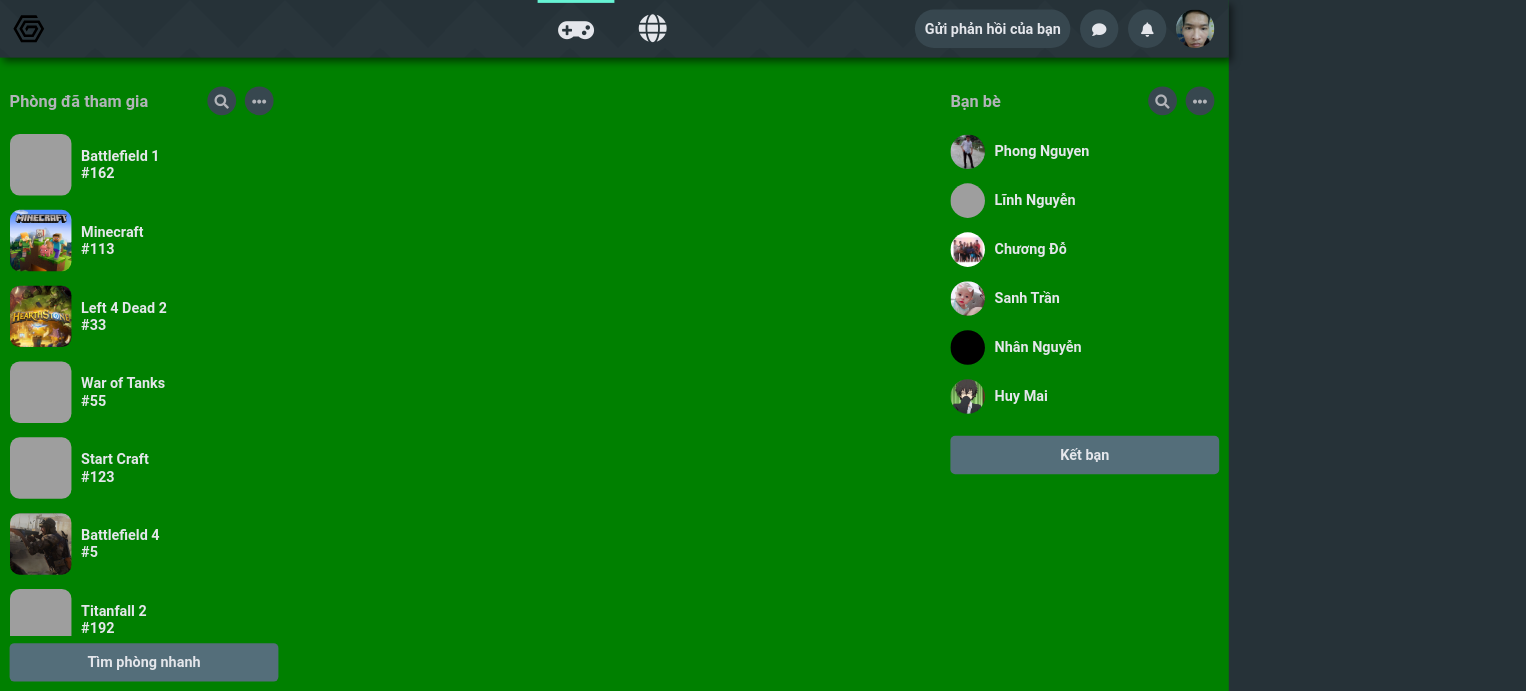
Repository: GammingCommnunity/docs
Page: web-layout/v3/html/index.html
These files come from the project's save history. The page is drawn as it stood at one moment and after the next save; the edit follows.
The browser window is 1280 px wide. The page is 1280 px wide, then 1590 px, then 1280 px, so the pictures cover 1590 px, including what lies to the right of the window. The pictures show the whole page, at 96% of full size.
Pictures or frames that could not be fetched are drawn as grey boxes.

Above is the page before, as saved 2020-03-13 19:08:34.

### web-layout/v3/html/index.html
<!DOCTYPE html>
<html lang="vi">

<head>
	<meta charset="UTF-8">
	<meta name="viewport" content="width=device-width, initial-scale=1.0">
	<!-- afvicon -->
	<link rel="icon" type='image/x-icon' href='favicon.ico' />
	<!-- title -->
	<title>Gaming Community</title>
	<!-- fontawesome -->
	<link href="fontawesome-free-5.12.1-web/css/all.css" rel="stylesheet">
</head>

<body>
	<!-- sweetalert -->
	<script src="js/sweetalert2.js"></script>

	<!-- root styles -->
	<style>
		:root {
			/* background color */
			--bg10: #06141A;
			--bg9: #263238;
			--bg8: #37474F;
			--bg7: #455A64;
			--bg6: #546E7A;
			--bg5: #607D8B;
			--bg4: #78909C;
			--bg3: #90A4AE;
			--bg2: #B0BEC5;
			--bg1: #CFD8DC;
			/* text color */
			--primary-text: #e4e6eb;
			--secondary-text: #B2B4B9;
			/* shadow */
			--shd: 3px 5px 8px rgba(0, 0, 0, .55);
			--shd-inset: inset 3px 5px 8px rgba(0, 0, 0, .85);
			--shd-lg: 9px 11px 18px rgba(0, 0, 0, .45);
			--shd-sm: 1px 3px 5px rgba(0, 0, 0, .8);
			--shd-highlight: 3px 5px 8px rgba(0, 0, 0, .45), inset 4px 6px 8px rgba(0, 0, 0, .9);
			/* text size */
			--text-size-sm: 12px;
			--text-size-lg: 17px;
			/* highlight */
			--highlight: #66f3d4;
			--border-highlight: 4px solid var(--highlight);
			/* border radius */
			--rounded-sm: 5px;
			--rounded: 10px;
			--rounded-lg: 25px;
			--rounded-circle: 999px;
		}
	</style>

	<!-- bootstrap styles -->
	<style>
		.m-0 {
			margin: 0 !important;
		}

		.mt-0,
		.my-0 {
			margin-top: 0 !important;
		}

		.mr-0,
		.mx-0 {
			margin-right: 0 !important;
		}

		.mb-0,
		.my-0 {
			margin-bottom: 0 !important;
		}

		.ml-0,
		.mx-0 {
			margin-left: 0 !important;
		}

		.m-1 {
			margin: 0.25rem !important;
		}

		.mt-1,
		.my-1 {
			margin-top: 0.25rem !important;
		}

		.mr-1,
		.mx-1 {
			margin-right: 0.25rem !important;
		}

		.mb-1,
		.my-1 {
			margin-bottom: 0.25rem !important;
		}

		.ml-1,
		.mx-1 {
			margin-left: 0.25rem !important;
		}

		.m-2 {
			margin: 0.5rem !important;
		}

		.mt-2,
		.my-2 {
			margin-top: 0.5rem !important;
		}

		.mr-2,
		.mx-2 {
			margin-right: 0.5rem !important;
		}

		.mb-2,
		.my-2 {
			margin-bottom: 0.5rem !important;
		}

		.ml-2,
		.mx-2 {
			margin-left: 0.5rem !important;
		}

		.m-3 {
			margin: 1rem !important;
		}

		.mt-3,
		.my-3 {
			margin-top: 1rem !important;
		}

		.mr-3,
		.mx-3 {
			margin-right: 1rem !important;
		}

		.mb-3,
		.my-3 {
			margin-bottom: 1rem !important;
		}

		.ml-3,
		.mx-3 {
			margin-left: 1rem !important;
		}

		.m-4 {
			margin: 1.5rem !important;
		}

		.mt-4,
		.my-4 {
			margin-top: 1.5rem !important;
		}

		.mr-4,
		.mx-4 {
			margin-right: 1.5rem !important;
		}

		.mb-4,
		.my-4 {
			margin-bottom: 1.5rem !important;
		}

		.ml-4,
		.mx-4 {
			margin-left: 1.5rem !important;
		}

		.m-5 {
			margin: 3rem !important;
		}

		.mt-5,
		.my-5 {
			margin-top: 3rem !important;
		}

		.mr-5,
		.mx-5 {
			margin-right: 3rem !important;
		}

		.mb-5,
		.my-5 {
			margin-bottom: 3rem !important;
		}

		.ml-5,
		.mx-5 {
			margin-left: 3rem !important;
		}

		.p-0 {
			padding: 0 !important;
		}

		.pt-0,
		.py-0 {
			padding-top: 0 !important;
		}

		.pr-0,
		.px-0 {
			padding-right: 0 !important;
		}

		.pb-0,
		.py-0 {
			padding-bottom: 0 !important;
		}

		.pl-0,
		.px-0 {
			padding-left: 0 !important;
		}

		.p-1 {
			padding: 0.25rem !important;
		}

		.pt-1,
		.py-1 {
			padding-top: 0.25rem !important;
		}

		.pr-1,
		.px-1 {
			padding-right: 0.25rem !important;
		}

		.pb-1,
		.py-1 {
			padding-bottom: 0.25rem !important;
		}

		.pl-1,
		.px-1 {
			padding-left: 0.25rem !important;
		}

		.p-2 {
			padding: 0.5rem !important;
		}

		.pt-2,
		.py-2 {
			padding-top: 0.5rem !important;
		}

		.pr-2,
		.px-2 {
			padding-right: 0.5rem !important;
		}

		.pb-2,
		.py-2 {
			padding-bottom: 0.5rem !important;
		}

		.pl-2,
		.px-2 {
			padding-left: 0.5rem !important;
		}

		.p-3 {
			padding: 1rem !important;
		}

		.pt-3,
		.py-3 {
			padding-top: 1rem !important;
		}

		.pr-3,
		.px-3 {
			padding-right: 1rem !important;
		}

		.pb-3,
		.py-3 {
			padding-bottom: 1rem !important;
		}

		.pl-3,
		.px-3 {
			padding-left: 1rem !important;
		}

		.p-4 {
			padding: 1.5rem !important;
		}

		.pt-4,
		.py-4 {
			padding-top: 1.5rem !important;
		}

		.pr-4,
		.px-4 {
			padding-right: 1.5rem !important;
		}

		.pb-4,
		.py-4 {
			padding-bottom: 1.5rem !important;
		}

		.pl-4,
		.px-4 {
			padding-left: 1.5rem !important;
		}

		.p-5 {
			padding: 3rem !important;
		}

		.pt-5,
		.py-5 {
			padding-top: 3rem !important;
		}

		.pr-5,
		.px-5 {
			padding-right: 3rem !important;
		}

		.pb-5,
		.py-5 {
			padding-bottom: 3rem !important;
		}

		.pl-5,
		.px-5 {
			padding-left: 3rem !important;
		}
	</style>

	<!-- gc styles -->
	<style>
		html * {
			margin: 0;
			padding: 0;
		}

		body {
			font-family: Roboto, Arial, sans-serif;
			box-sizing: border-box;
			font-size: 15px;
			color: var(--primary-text);
		}

		body * {
			box-sizing: inherit;
			font-size: inherit;
			color: inherit;
		}

		::-webkit-scrollbar {
			width: 7px;
			height: 7px;
			background-color: var(--bg8);
			border-radius: 7px;
		}

		::-webkit-scrollbar-thumb {
			background-color: var(--bg6);
			border-radius: 7px;
		}

		textarea::placeholder,
		input::placeholder {
			color: var(--secondary-text);
		}

		a {
			transition: all .4s ease;
		}

		a:hover {
			color: var(--highlight);
			text-decoration: underline var(--bg4);
		}

		hr {
			border-top: 1px solid var(--bg8);
			width: 100%;
		}




		.img {
			display: block;
			background-size: cover;
			background-repeat: no-repeat;
			background-position: center;
		}

		.nowrap {
			white-space: nowrap;
		}

		.wrap {
			white-space: pre-line;
			word-break: break-word;
		}

		/* padding hover */
		.p-hover {
			transition: all .2s ease;
		}

		.p-hover:hover {
			padding: 10px;
			background-color: var(--bg8);
		}

		/* btn */
		.btn {
			width: 40px;
			min-width: 40px;
			height: 40px;
			min-height: 40px;

			display: flex;
			justify-content: center;
			align-items: center;

			background-color: var(--bg8);
			cursor: pointer;
			font-weight: bold;
			border-radius: var(--rounded-sm);

			margin-left: 5px;
			margin-right: 5px;

			transition: all .2s ease;
		}

		.btn-w {
			width: unset;
			min-width: unset;
		}

		.btn-sm {
			width: 30px;
			min-width: 30px;
			height: 30px;
			min-height: 30px;
		}

		.btn:hover {
			background-color: var(--bg7);
		}

		.btn-light {
			background-color: var(--bg6) !important;
		}

		.btn-light:hover {
			background-color: var(--bg5) !important;
		}

		/* rows */
		.row {
			display: flex;
			align-items: center;
		}

		/* border radius */
		.rounded-sm {
			border-radius: var(--rounded-sm);
		}

		.rounded {
			border-radius: var(--rounded);
		}

		.rounded-lg {
			border-radius: var(--rounded-lg);
		}

		.rounded-circle {
			border-radius: var(--rounded-circle);
		}
	</style>

	<!-- main styles -->
	<style>
		body {
			position: relative;

			width: 100vw;
			height: 100vh;

			background-color: var(--bg9);
			background-image: url("data:[embedded picture, 255 characters]");
		}

		/* header */
		header {
			position: fixed;
			z-index: 6;
			top: 0;
			left: 0;

			width: 100%;
			height: 60px;

			display: flex;
			justify-content: space-between;
			align-items: center;

			padding-left: 10px;
			padding-right: 10px;

			background-color: var(--bg9);
			background-image: url("data:[embedded picture, 255 characters]");
			box-shadow: var(--shd);
		}

		header:last-child {
			margin-right: 0;
		}

		header .navs {
			position: absolute;
			z-index: 8;
			top: 0;
			left: calc(50% - 80px);

			height: 100%;

			display: flex;
		}

		header .navs-item {
			width: 80px;
			height: 100%;

			display: flex;
			justify-content: center;
			align-items: center;

			transition: all .2s ease;
		}

		header .navs-item:hover {
			background-color: var(--bg6);
		}

		header .navs-item.active {
			border-top: 3px solid var(--highlight);
		}

		/* sidebar */
		nav {
			position: fixed;
			z-index: 3;
			top: 0;

			width: 300px;
			height: 100%;

			display: flex;
			flex-direction: column;

			padding: 90px 10px 10px 10px;
		}

		nav .head {
			display: flex;
			align-items: center;

			color: var(--secondary-text);

			margin-bottom: 20px;
		}

		nav .head label {
			flex-grow: 1;
			overflow: hidden;

			margin-right: 10px;

			font-weight: bold;
			font-size: var(--text-size-lg);
			white-space: nowrap;
		}

		nav .body {
			display: flex;
			flex-direction: column;
			align-items: center;

			overflow: auto;

			padding-right: 30px;
		}

		/* article */
		article {
			position: relative;

			width: 100%;
			height: 100%;

			background-color: green;

			padding: 60px 310px 10px 310px;
		}
	</style>

	<!-- fragments main styles -->
	<style>
		.btn.feedback-btn {
			width: unset;

			padding: 0 10px;
		}

		/* joined rooms */
		nav.joined-rooms {
			left: 0;
		}

		.joined-rooms-item {
			display: flex;

			width: 100%;

			margin-bottom: 15px;

			border-radius: var(--rounded);
			cursor: pointer;
			font-weight: bold;
		}

		.joined-rooms-item .img {
			width: 64px;
			height: 64px;

			border-radius: var(--rounded);
		}

		.joined-rooms-item .info {
			flex-grow: 1;
			display: flex;
			flex-direction: column;
			align-items: flex-start;
			justify-content: center;

			overflow: hidden;

			height: 64px;

			padding-left: 10px;
		}

		.joined-rooms-item .info * {
			overflow: inherit;
			white-space: inherit;
		}

		/* friends */
		nav.friends {
			left: calc(100vw - 300px);
		}

		/* friends-item */
		.friends-item {
			display: flex;
			align-items: center;

			width: 100%;

			margin-bottom: 15px;

			border-radius: 10px;
			cursor: pointer;
			font-weight: bold;
		}

		.friends-item .img {
			width: 36px;
			height: 36px;

			border-radius: 36px;
		}

		.friends-item .name {
			padding-left: 10px;
			overflow: hidden;
			white-space: nowrap;
		}
	</style>

	<header>
		<svg width="40px" height="40px" viewBox="0 0 100 100" version="1.1" xmlns="http://www.w3.org/2000/svg"
			xmlns:xlink="http://www.w3.org/1999/xlink" xml:space="preserve" xmlns:serif="http://www.serif.com/"
			style="fill-rule:evenodd;clip-rule:evenodd;stroke-linejoin:round;stroke-miterlimit:2;">
			<g transform="matrix(-6.60965e-17,1,1,6.61098e-17,5.9952e-15,-1.42109e-14)">
				<path
					d="M21.667,73.809L21.667,33.867L49.997,17.679L78.334,33.867L78.334,66.13L49.997,82.321L35,73.75L35,41.604L49.997,33.034L65,41.604L65,58.392L49.997,66.963L48.334,66.013L48.334,49.343L56.716,44.551L49.997,40.713L41.667,45.476L41.667,69.88L49.997,74.642L71.667,62.259L71.667,37.737L49.997,25.358L28.334,37.737L28.334,77.617L49.997,90L85,70L85,30L49.997,10L15,30L15,70L21.667,73.809Z"
					style="fill-rule:nonzero;"></path>
			</g>
		</svg>
		<div class="navs">
			<div class="navs-item active" data-toggle="tooltip" data-placement="bottom" title="Trò chơi">
				<i class="fas fa-gamepad fa-2x"></i>
			</div>
			<div class="navs-item" data-toggle="tooltip" data-placement="bottom" title="Mạng xã hội">
				<i class="fas fa-globe fa-2x"></i>
			</div>
		</div>
		<div class="row">
			<div class="btn feedback-btn rounded-circle">Gửi phản hồi của bạn</div>
			<i class="fas fa-comment btn rounded-circle"></i>
			<i class="fas fa-bell btn rounded-circle"></i>
			<div class="avatar btn img rounded-circle" style="background-image: url(img/avatar.jpg)"></div>
		</div>
	</header>


	<!-- joined room -->
	<nav class="joined-rooms">
		<div class="head">
			<label>Phòng đã tham gia</label>
			<div class="row">
				<i class="fas fa-search mr-1 btn btn-sm rounded-circle"></i><i
					class="fas fa-ellipsis-h btn btn-sm rounded-circle"></i>
			</div>
		</div>

		<div class="body">

			<div class="joined-rooms-item p-hover">
				<div class="img" style="background-image: url(img/14.jpg)"></div>
				<div class="info">
					<p>Battlefield 1</p>
					<p>#162</p>
				</div>
			</div>

			<div class="joined-rooms-item p-hover">
				<div class="img" style="background-image: url(img/10.jpg)"></div>
				<div class="info">
					<p>Minecraft</p>
					<p>#113</p>
				</div>
			</div>

			<div class="joined-rooms-item p-hover">
				<div class="img" style="background-image: url(img/9.jpg)"></div>
				<div class="info">
					<p>Left 4 Dead 2</p>
					<p>#33</p>
				</div>
			</div>

			<div class="joined-rooms-item p-hover">
				<div class="img" style="background-image: url(img/13.jpg)"></div>
				<div class="info">
					<p>War of Tanks</p>
					<p>#55</p>
				</div>
			</div>

			<div class="joined-rooms-item p-hover">
				<div class="img" style="background-image: url(img/12.jpg)"></div>
				<div class="info">
					<p>Start Craft</p>
					<p>#123</p>
				</div>
			</div>

			<div class="joined-rooms-item p-hover">
				<div class="img" style="background-image: url(img/16.jpg)"></div>
				<div class="info">
					<p>Battlefield 4</p>
					<p>#5</p>
				</div>
			</div>

			<div class="joined-rooms-item p-hover">
				<div class="img" style="background-image: url(img/11.jpg)"></div>
				<div class="info">
					<p>Titanfall 2</p>
					<p>#192</p>
				</div>
			</div>


		</div>

		<div class="btn btn-light btn-w m-0 mt-2">Tìm phòng nhanh</div>
	</nav>

	<!-- friends -->
	<nav class="friends">
		<div class="head">
			<label>Bạn bè</label>
			<div class="row">
				<i class="fas fa-search mr-1 btn btn-sm rounded-circle"></i><i
					class="fas fa-ellipsis-h btn btn-sm rounded-circle"></i>
			</div>
		</div>
		<div class="body">

			<div class="friends-item p-hover">
				<div class="img" style="background-image: url(img/100.jpg)"></div>
				<p class="name">Phong Nguyen</p>
			</div>

			<div class="friends-item p-hover">
				<div class="img" style="background-image: url(img/101.jpg)"></div>
				<p class="name">Lĩnh Nguyễn</p>
			</div>

			<div class="friends-item p-hover">
				<div class="img" style="background-image: url(img/102.jpg)"></div>
				<p class="name">Chương Đỗ</p>
			</div>

			<div class="friends-item p-hover">
				<div class="img" style="background-image: url(img/103.jpg)"></div>
				<p class="name">Sanh Trần</p>
			</div>

			<div class="friends-item p-hover">
				<div class="img" style="background-image: url(img/104.jpg)"></div>
				<p class="name">Nhân Nguyễn</p>
			</div>

			<div class="friends-item p-hover">
				<div class="img" style="background-image: url(img/105.jpg)"></div>
				<p class="name">Huy Mai</p>
			</div>


		</div>

		<div class="btn btn-light btn-w m-0 mt-2">Kết bạn</div>
	</nav>

	<article>

	</article>

</body>

</html>

Loaded but not shown: web-layout/v3/html/fontawesome-free-5.12.1-web/css/all.css (library); web-layout/v3/html/js/sweetalert2.js (library)

After the next save:
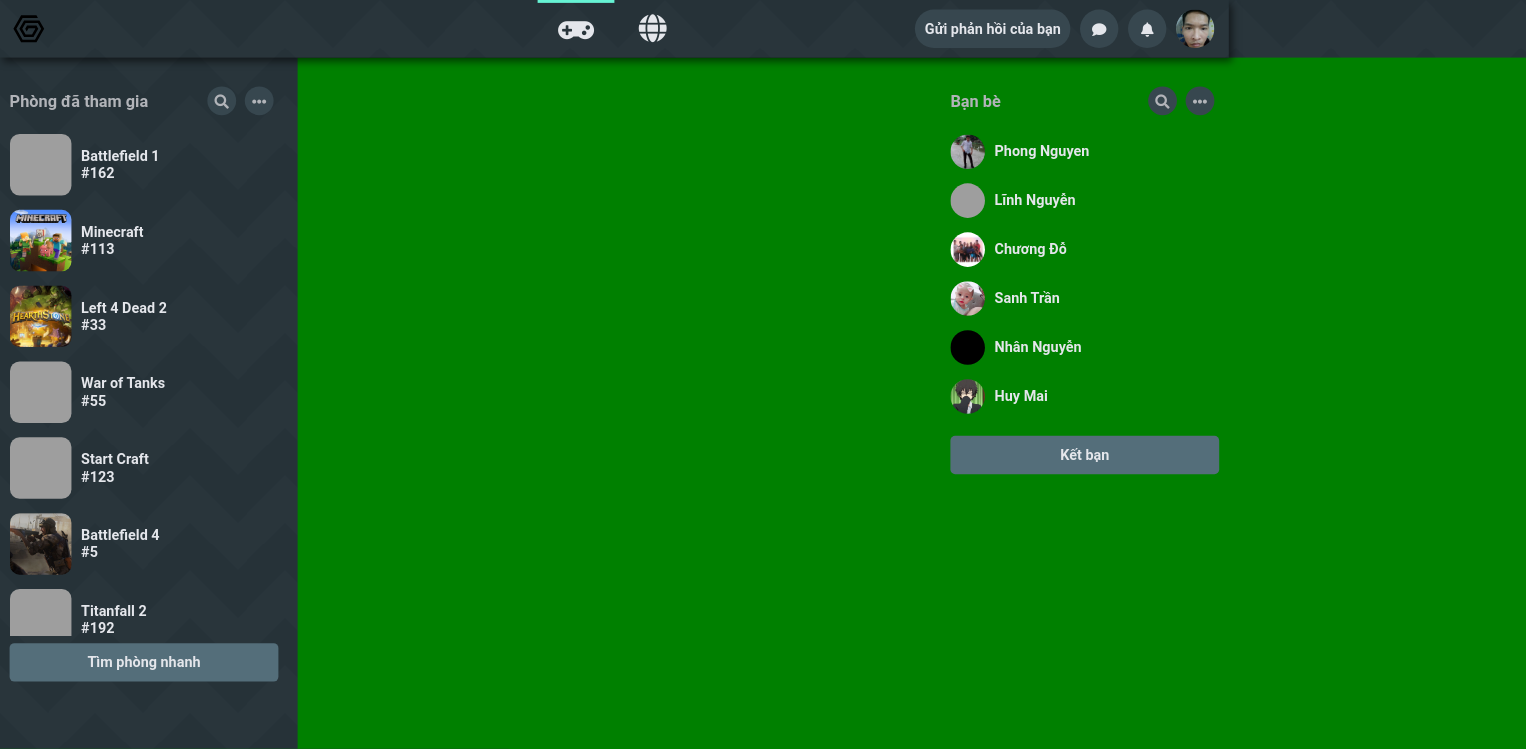
Saved 52 s later.
--- a/web-layout/v3/html/index.html
+++ b/web-layout/v3/html/index.html
@@ -616,7 +616,7 @@
 
 			background-color: green;
 
-			padding: 60px 310px 10px 310px;
+			margin: 60px 310px 10px 310px;
 		}
 	</style>
 

After the save that followed:
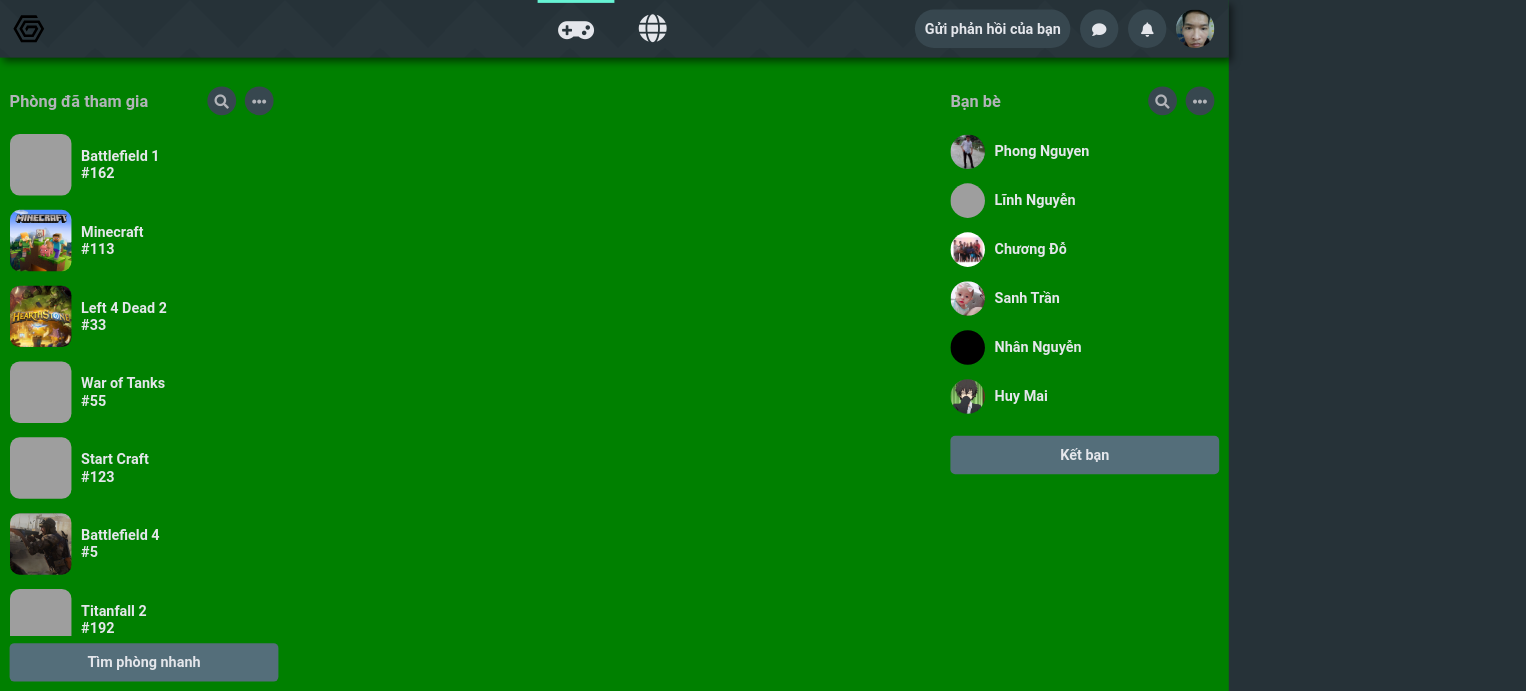
Saved 35 s later.
--- a/web-layout/v3/html/index.html
+++ b/web-layout/v3/html/index.html
@@ -616,7 +616,7 @@
 
 			background-color: green;
 
-			margin: 60px 310px 10px 310px;
+			padding: 60px 310px 10px 310px;
 		}
 	</style>
 
